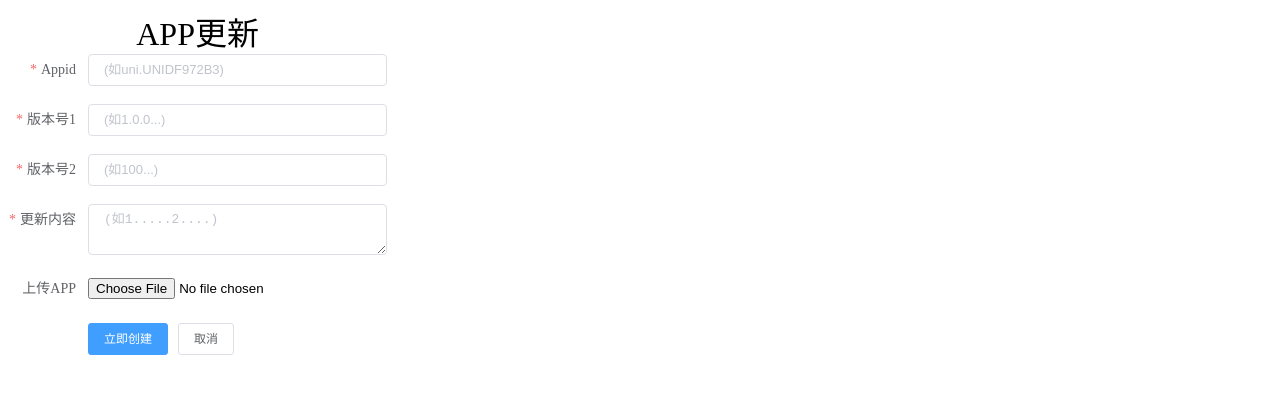
Repository: wfj01/Qmhht
Page: /#/
These files come from the project's save history. The page is drawn as it stood at one moment and after the next save; the edit follows.
The browser window is 1280 px wide. The pictures show the whole page.
The project was rebuilt for these pictures with package versions that can differ from the ones it lists, and the page was loaded fresh each time. Also part of the build but not shown: src/components/HelloWorld.vue, src/view/msite.vue, src/view/index/index.vue, src/view/index/home/home.vue, src/view/login/login.vue, src/components/add/adduser.vue, src/view/table/table.vue.

Above is the page before, as saved 2021-01-16 16:51:49.
Console error: TypeError: Cannot read properties of undefined (reading 'protocol')

After the next save:
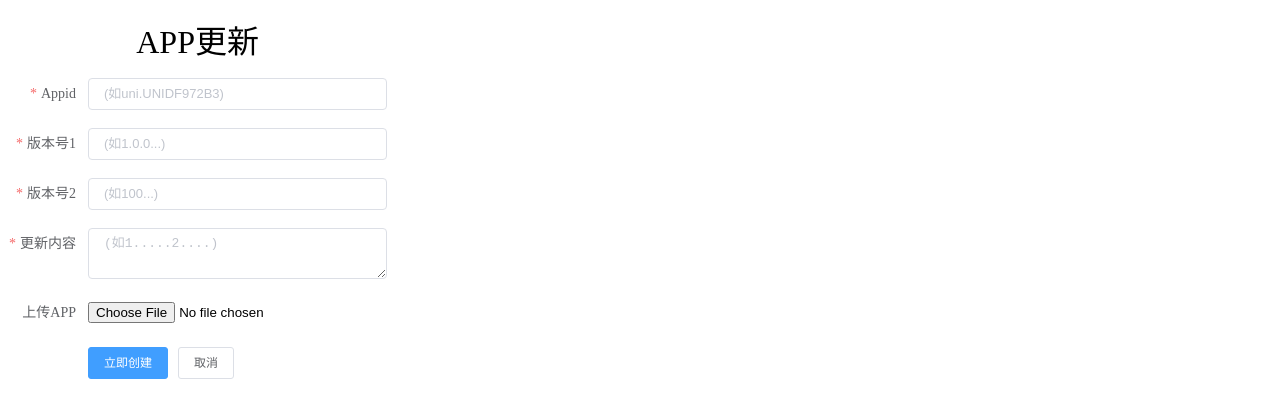
Saved 17 s later.
--- a/src/view/uploadfile/index.vue
+++ b/src/view/uploadfile/index.vue
@@ -128,5 +128,6 @@ export default {
   font-weight: 500;
   text-align: center;
   font-family: "楷体";
+  margin: 1rem 0;
 }
 </style>
